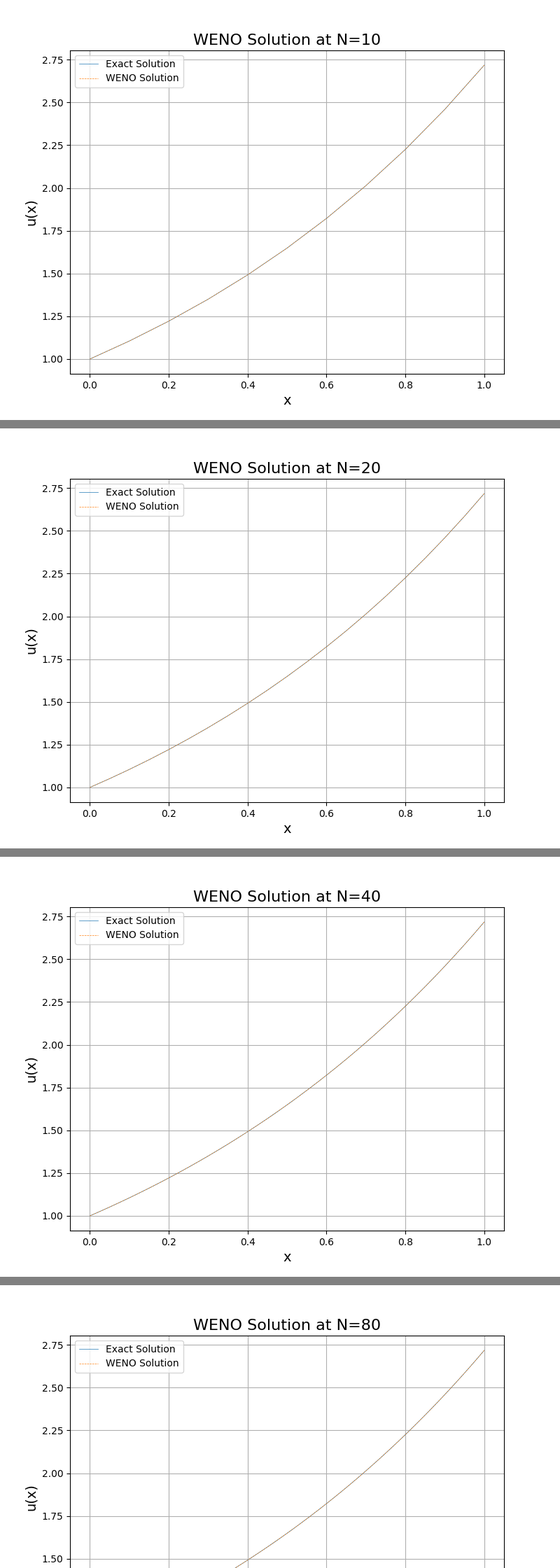
Repository: mishiroo/WENO
Script's output: python main.py
The author's editor kept a copy of each file at every save. The script's output is drawn from the files as they stood at one save, then again after the next save.
The pictures show rows 0 to 2240 of an output 3048 px tall, at 70% of full size.
Each picture stacks the figures in order, with grey between them; figures that are only written to a file come last. Random numbers start from a fixed seed.

Above is the script's output before, as saved 2024-12-12 15:27:05.

### main.py
import WENO
import ErrorAnalysis as EA
import numpy as np

# 计算误差阶
# N: Num of cells 网格密度太大 机器误差会影响收敛
NList = [10, 20, 40, 80, 160]
# 存储计算结果
l2_err_list = []
linf_err_list = []
solution_list = []

for n in NList:
    mesh = WENO.Mesh(0, 1, n)  # 实例化的Mesh mesh.mesh访问网格本身
    mesh.SetTestAverageValues()
    theo_values = np.exp(mesh.mesh)
    weno = WENO.WENO1D(mesh=mesh.mesh, avg_values=mesh.avg_values, k=5)

    # weno5_solution = weno.Reconstruct()
    # 模板为5的计算结果
    weno5_solution = weno.StencilReconstruct_all()
    # 统计误差
    linf_err_list.append(EA.LinfError(theo_values, weno5_solution))
    l2_err_list.append(EA.L2Error(theo_values, weno5_solution))
    solution_list.append(weno5_solution)
    # 绘图
    EA.Draw(mesh.mesh, theo_values, weno5_solution)


EA.SaveError("WENO5Error.xlsx", NList, l2_err_list, linf_err_list)

### WENO.py
import tqdm
import numpy as np
from typing import List
# 1D dimension
class WENO1D:

    def __init__(self, mesh: np.ndarray, avg_values: np.ndarray, k: int =5) -> None:
        """初始化WENO类

        Args:
            mesh (np.ndarray): 网格剖分[lb,...ub]
            avg_values (np.ndarray): 网格剖分[lb,...ub]
            k (int, optional): 模板长度. Defaults to 3.
            Supported k=1, 2, 3, 5
        """
        assert np.size(mesh) - 1 == np.size(
            avg_values
        ), "len(mesh) == len(avg_values) + 1"
        self.avg_values = avg_values
        self.mesh = mesh

        self.order = 2 * k - 1
        self.lb = mesh[0]
        self.ub = mesh[-1]
        self.N = len(mesh) - 1  # Num of cells
        self.k = k  # Num of stencils

        self._solution = np.zeros(self.N + 1)  # 存储WENO重构结果
        self.stencil_solution = np.zeros(self.N + 1)  # 存储模板重构结果

        # 查表得到模板组合线性权
        if self.order == 1:
            self.weights_d = [1]
        elif self.order == 3:
            self.weights_d = [2 / 3, 1 / 3]
        elif self.order == 5:
            self.weights_d = [1 / 10, 3 / 5, 3 / 10]
            # 查表得到模板组合系数
            self.C = np.array(
                [
                    [1 / 3, -7 / 6, 11 / 6],
                    [-1 / 6, 5 / 6, 1 / 3],
                    [1 / 3, 5 / 6, -1 / 6],
                    [11 / 6, -7 / 6, 1 / 3],
                ]
            )
        elif self.order == 9:
            # 直接得到五阶模板 加权可以得到九阶模板
            self.weights_d = np.ones(5) / 5  # 书上没有对应权重 暂时求平均处理
            self.C = np.array(
                [
                    [1/5, -21/20, 137/60, -163/60, 137/60],
                    [-1/20, 17/60, -43/60, 77/60, 1/5],
                    [1/30, -13/60, 47/60, 9/20, -1/20],
                    [-1/20, 9/20, 47/60, -13/60, 1/30],
                    [1/5, 77/60, -43/60, 17/60, -1/20],
                    [137/60, -163/60, 137/60, -21/20, 1/5]
                ]
            )
        else:
            raise ValueError("k must be 1, 2 or 3, 5(测试五阶算法用)")  # 其他阶的系数论文没给，先不写

        self.PrintInfo()

    def PrintInfo(self):
        print(f"lb = {self.lb}, ub = {self.ub}, num of Nodes = {self.N + 1}")
        print(f"Num of cells = {self.N}, Stencil length = {self.k}\n")


    def StencilReconstruct(self, index: int) -> List[float]:
        """根据模板进行重构 精度为k阶

        Args:
            index (int): 计算节点的位置索引

        Returns:
            List[float]: 不同模板上的重构结果
        """
        stencil_index = index - 1
        stencil_recons = np.zeros(self.k)  # 存储不同模板重构结果的值
        if stencil_index - self.k + 1 >= 0 and stencil_index + self.k - 1 <= self.N - 1:
            for i in range(self.k):
                stencil_recons[i] = np.inner(
                    self.C[i],
                    self.avg_values[
                        stencil_index - self.k + 1 + i : stencil_index + i + 1
                    ],
                )

        elif stencil_index - self.k + 1 < 0:
            for i in range(self.k):
                stencil_recons[i] = np.inner(
                    self.C[-1],
                    self.avg_values[stencil_index+1 : stencil_index + self.k+1],
                )

        elif stencil_index + self.k - 1 > self.N - 1:
            for i in range(self.k):
                stencil_recons[i] = np.inner(
                    self.C[0],
                    self.avg_values[stencil_index - self.k + 1 : stencil_index + 1],
                )
        return stencil_recons

    def SmoothIndicators(self, index: int) -> np.ndarray:
        """计算指示器

        Args:
            index (int): 索引

        Returns:
            np.ndarray: 平滑指示函数
        """
        assert self.k == 2 or self.k == 3, "SmoothIndicators only support k=3 NOW!"
        # 处理非法值
        if index < self.k - 1 or index > self.N - self.k:
            return self.weights_d
        else:
            if self.k == 2:
                beta0 = self.avg_values[index + 1] - self.avg_values[index]
                beta1 = self.avg_values[index] - self.avg_values[index - 1]
                return [beta0, beta1]
            elif self.k == 3:
                beta0 = (
                    13
                    / 12
                    * (
                        self.avg_values[index + 1]
                        - 2 * self.avg_values[index + 1]
                        + self.avg_values[index + 2]
                    )
                    ** 2
                )
                +1 / 4 * (
                    3 * self.avg_values[index]
                    - 4 * self.avg_values[index + 2]
                    + self.avg_values[index + 2]
                ) ** 2
                beta1 = (
                    13
                    / 12
                    * (
                        self.avg_values[index - 1]
                        - 2 * self.avg_values[index]
                        + self.avg_values[index + 1]
                    )
                    ** 2
                )
                +1 / 4 * (self.avg_values[index - 1] - self.avg_values[index + 1]) ** 2
                beta2 = (
                    13
                    / 12
                    * (
                        self.avg_values[index - 2]
                        - 2 * self.avg_values[index - 1]
                        + self.avg_values[index]
                    )
                    ** 2
                )
                +1 / 4 * (
                    3 * self.avg_values[index]
                    - 4 * self.avg_values[index - 1]
                    + self.avg_values[index - 2]
                ) ** 2
            return [beta0, beta1, beta2]

    def FormWeights(self, index: int, eps=1e-6) -> np.ndarray:
        """计算归一化权重

        Args:
            index (int): 索引

        Returns:
            np.ndarray: 权重
        """
        alpha = np.zeros(self.k)
        beta = self.SmoothIndicators(index)
        for i in range(self.k):
            alpha[i] = self.weights_d[i] / (eps + beta[i]) ** 2
        return alpha / np.sum(alpha)

    def NodeReconstruct(self, index: int, eps=1e-6) -> float:
        """WENO加权后的重构 精度为2k-1阶 针对节点进行重构

        Args:
            index (int): 索引
            eps (_type_, optional): eps参数. Defaults to 1e-6.

        Returns:
            float: 插值结果
        """
        weights = self.FormWeights(index, eps=eps)
        return np.inner(self.weights_d, self.StencilReconstruct(index))

    def Reconstruct(self, eps=1e-6):
        """WENO加权后的重构 精度为2k-1阶 针对区间进行重构

        Args:
            eps (_type_, optional): eps参数. Defaults to 1e-6.
        """
        for i in tqdm.tqdm(range(self.N + 1)):
            self._solution[i] = self.NodeReconstruct(i, eps=eps)
        return self._solution

    def StencilReconstruct_all(self) -> np.ndarray:
        """精度为2k-1阶 调用StencilReconstruct 针对区间进行重构

        Returns:
            np.ndarray: 重构结果
        """
        for i in range(self.N + 1):
            self.stencil_solution[i] = np.inner(self.weights_d, self.StencilReconstruct(i))
        return self.stencil_solution


class Mesh:
    def __init__(self, lb: float, ub: float, N: int) -> None:
        """初始化网格

        Args:
            lb (float): 左边界
            ub (float): 右边界
            N (int): cells数量
        """
        self.lb = lb
        self.ub = ub
        self.N = N
        self.mesh = np.linspace(lb, ub, N + 1)
        self.avg_values = np.zeros(N)  # Initialize avg_values

    def BindAverageValues(self, avg_values: List[float]) -> None:
        """绑定平均值

        Args:
            avg_values (List[float]): 平均值
        """
        assert len(avg_values) == self.N, "avg_values length must be N"
        self.avg_values = avg_values

    def SetTestAverageValues(self):
        """测试用例
        func = e^x
        设置精确的单元格积分均值
        """
        for i in range(self.N):
            integrate = np.exp(self.mesh[i + 1]) - np.exp(self.mesh[i])
            self.avg_values[i] = integrate / (self.mesh[i + 1] - self.mesh[i])

### ErrorAnalysis.py
# 分析计算结果的收敛阶 绘制计算效果图
import numpy as np
import pandas as pd
from typing import List
from matplotlib import pyplot as plt


def AccuracyOrder(N1: int, N2: int, Error1: int, Error2: int) -> float:
    """给定两组剖分和计算结果，计算收敛阶

    Args:
        N1 (int): 第一次剖分的网格数
        N2 (int): 第二次剖分的网格数
        Error1 (int): 第一次剖分的误差
        Error2 (int): 第二次剖分的误差

    Returns:
        float: 收敛阶
    """
    return np.log(Error1 / Error2) / np.log(N2 / N1)


def AccuracyOrders(NList: List[int], ErrorList: List[float]) -> np.ndarray:
    """对两组及以上剖分结果进行收敛阶分析 返回长度为len(NList)第一个元素为None的收敛阶数组
    输入参数是Num of cells
    Args:
        NList (List[int]): 网格剖分参数列表
        ErrorList (List[float]): 误差结果列表

    Returns:
        np.ndarray: 收敛阶列表
    """
    assert len(NList) == len(
        ErrorList
    ), f"length of NList and ErrorList must be equal, but {len(NList)} and {len(ErrorList)} are given"
    orderList = np.zeros(len(NList))
    orderList[0] = None
    for i in range(1, len(NList)):
        orderList[i] = AccuracyOrder(
            NList[i], NList[i - 1], ErrorList[i], ErrorList[i - 1]
        )
    return orderList


def AccuracyOrders_h(hList: List[float], ErrorList: List[float]) -> np.ndarray:
    """对两组及以上剖分结果进行收敛阶分析 返回长度为len(hList)第一个元素为None的收敛阶数组
    输入参数是剖分长度
    Args:
        hList (List[int]): 网格剖分长度列表
        ErrorList (List[float]): 误差结果列表

    Returns:
        np.ndarray: 收敛阶列表
    """
    N = [int(1/h) for h in hList]
    return AccuracyOrders(N, ErrorList)


def SaveError(
    fn: str, NList: List[int], L2ErrorList: List[float], LinfErrorList: List[float]
) -> None:
    """保存误差结果

    Args:
        fn (str): 保存文件名
        NList (List[int]): 网格剖分参数列表
        ErrorList (List[float]): 误差结果列表
    """
    ac_orders_l2 = AccuracyOrders(NList, L2ErrorList)
    ac_orders_linf = AccuracyOrders(NList, LinfErrorList)
    # 保存计算结果
    data = {
        "N": NList,
        "L2Error": L2ErrorList,
        "L2Order": ac_orders_l2,
        "LInfError": LinfErrorList,
        "LInfOrder": ac_orders_linf,
    }
    df = pd.DataFrame(data)
    df.to_excel(fn, index=False)
    # 打印误差
    print(f"l2 err accuracy order: {ac_orders_l2}")
    print(f"linf err accuracy order: {ac_orders_linf}")


def L2Error(analytical: List[float], numerical: List[float]) -> float:
    """计算L2误差

    Args:
        analytical (List[float]): 解析解
        numerical (List[float]): 数值解

    Returns:
        float: L2误差
    """
    return np.sqrt(np.sum([(a - n) ** 2 for a, n in zip(analytical, numerical)]))


def LinfError(analytical: List[float], numerical: List[float]) -> float:
    """计算Linf误差

    Args:
        analytical (List[float]): 解析解
        numerical (List[float]): 数值解

    Returns:
        float: Linf误差
    """
    return max([abs(a - n) for a, n in zip(analytical, numerical)])


def Draw(
    mesh: np.ndarray,
    theo_values: np.ndarray,
    weno_values: np.ndarray,
    show=False,
    fn: str = None,
):
    """只绘制剖分为N的精确值与数值解对比图

    Args:
        mesh (np.ndarray): 剖分网格
        theo_values (np.ndarray): 理论值
        weno_values (np.ndarray): WENO求解结果
        show(Bool, optional): 是否显示图形. Defaults to False.
        fn (str, optional): 保存文件名. Defaults to None.
    """
    N = mesh.size - 1
    # 创建图形
    plt.figure(figsize=(8, 6))

    # 绘制理论值
    plt.plot(
        mesh,
        theo_values,
        label="Exact Solution",
        linestyle="-",
        linewidth=0.5,
    )
    # 绘制WENO数值解
    plt.plot(
        mesh,
        weno_values,
        label="WENO Solution",
        linestyle="--",
        linewidth=0.5,
    )
    # 设置标题和标签

    plt.title(f"WENO Solution at N={N}", fontsize=16)
    plt.xlabel("x", fontsize=14)
    plt.ylabel("u(x)", fontsize=14)

    # 显示图例
    plt.legend()

    # 显示网格
    plt.grid(True)
    if fn is not None:
        plt.savefig(f"figures/{fn}.png")
    else:
        plt.savefig(f"figures/WENO5-N={N}.png")
    # 展示图形
    if show:
        plt.show()

After the next save:
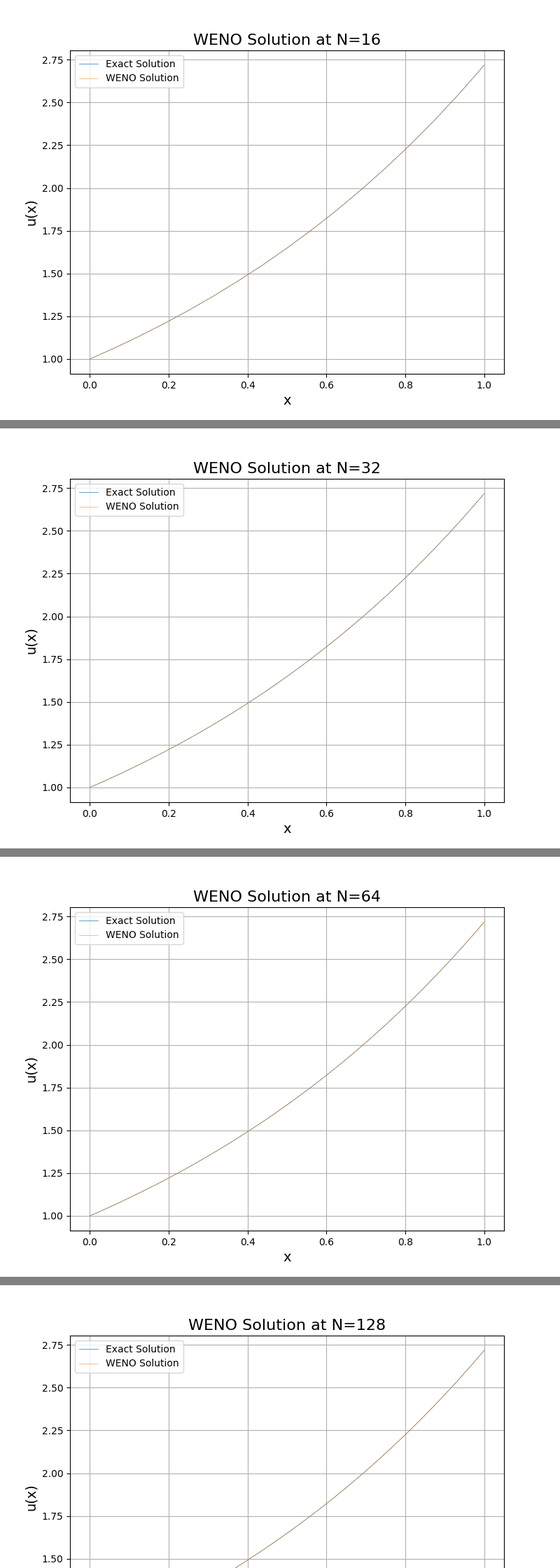
Saved 4 h 13 min later.
--- a/main.py
+++ b/main.py
@@ -4,7 +4,7 @@
 
 # 计算误差阶
 # N: Num of cells 网格密度太大 机器误差会影响收敛
-NList = [10, 20, 40, 80, 160]
+NList = [16, 32, 64, 128, 256]
 # 存储计算结果
 l2_err_list = []
 linf_err_list = []
